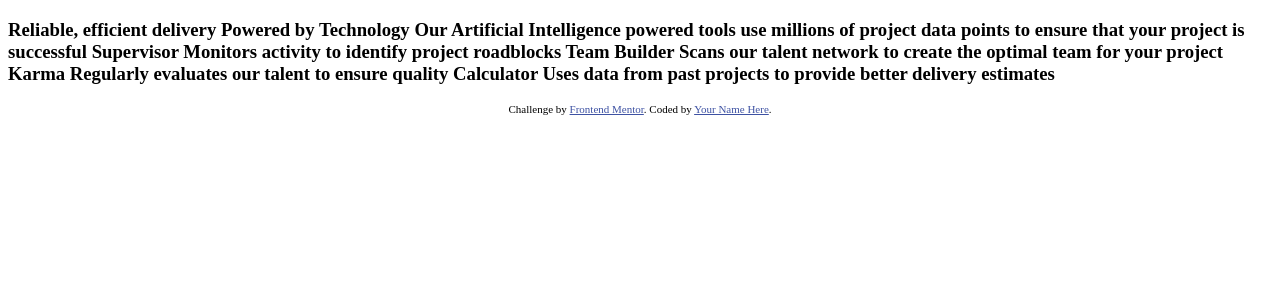
Repository: AngelaMwelu/four-card-page
Page: index.html
The author's editor kept a copy of each file at every save. The page is drawn from the files as they stood at one save, then again after the next save.
The browser window is 1280 px wide. The pictures show the whole page.

Above is the page before, as saved 2025-05-14 09:54:44.

### index.html
<!DOCTYPE html>
<html lang="en">
<head>
  <meta charset="UTF-8">
  <meta name="viewport" content="width=device-width, initial-scale=1.0"> <!-- displays site properly based on user's device -->

  <link rel="icon" type="image/png" sizes="32x32" href="./images/favicon-32x32.png">

  <title>Frontend Mentor | Four card feature section</title>

  <!-- Feel free to remove these styles or customise in your own stylesheet 👍 -->
  <style>
    .attribution { font-size: 11px; text-align: center; }
    .attribution a { color: hsl(228, 45%, 44%); }
  </style>
</head>
<body>
  <div class="Card">
    <div class="about">
  <h3>Reliable, efficient delivery
       Powered by Technology

  Our Artificial Intelligence powered tools use millions of project data points
  to ensure that your project is successful

  Supervisor
  Monitors activity to identify project roadblocks

  Team Builder
  Scans our talent network to create the optimal team for your project

  Karma
  Regularly evaluates our talent to ensure quality

  Calculator
  Uses data from past projects to provide better delivery estimates
  </div>

  <footer>
    <p class="attribution">
      Challenge by <a href="https://www.frontendmentor.io?ref=challenge" target="_blank">Frontend Mentor</a>.
      Coded by <a href="#">Your Name Here</a>.
    </p>
  </footer>
</body>
</html>

After the next save:
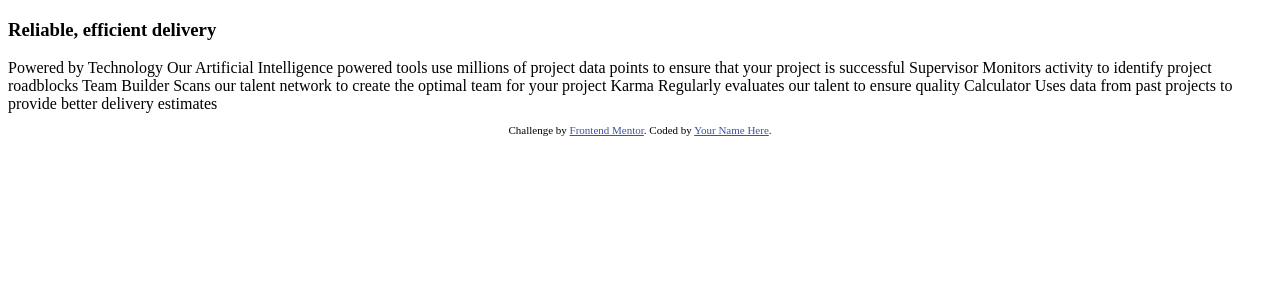
Saved 4 s later.
--- a/index.html
+++ b/index.html
@@ -18,7 +18,7 @@
   <div class="Card">
     <div class="about">
   <h3>Reliable, efficient delivery
-       Powered by Technology
+       </h3>Powered by Technology
 
   Our Artificial Intelligence powered tools use millions of project data points
   to ensure that your project is successful
